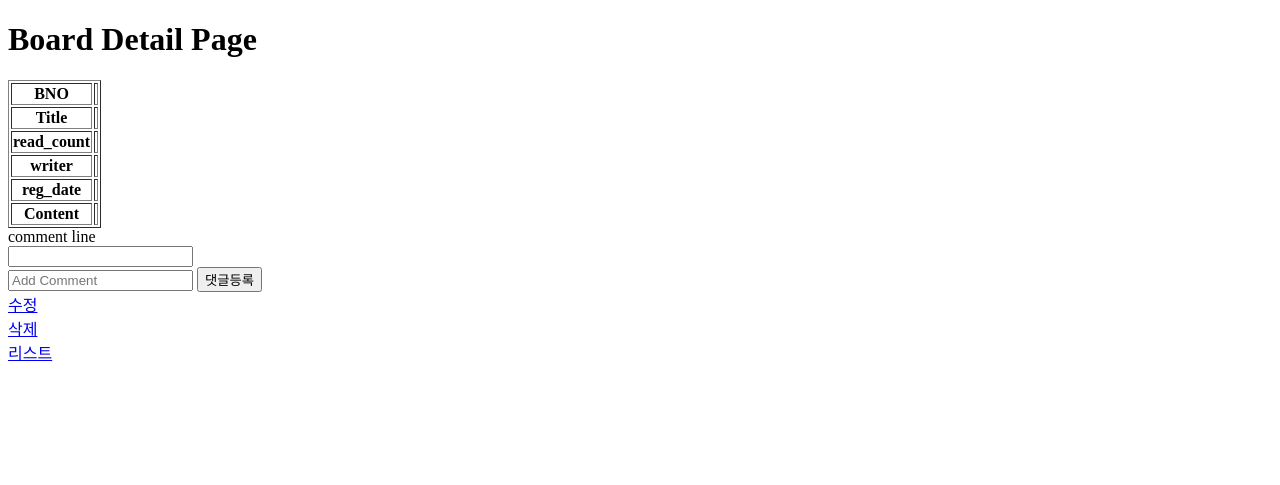
Repository: dhalfks/java2022_09_03
Page: http://localhost/project/board/detail.jsp
The author's editor kept a copy of each file at every save. The page is drawn from the files as they stood at one save, then again after the next save.
The browser window is 1280 px wide. The pictures show the whole page.
The page is served by Tomcat 9. Nobody is signed in. The application's start-up code is not run. Other server files are loaded and not shown. The template is opened directly, without the code that normally fills it, so the values that code supplies are empty.

Above is the page before, as saved 2022-12-05 04:15:13.
Console error: SyntaxError: Unexpected token ';'

### JSP_Board&Member (all search 포함)/project/src/main/webapp/board/detail.jsp
<%@ page language="java" contentType="text/html; charset=UTF-8"
    pageEncoding="UTF-8"%>
<%@ taglib uri="http://java.sun.com/jsp/jstl/core" prefix="c" %>
<!DOCTYPE html>
<html>
<head>
<meta charset="UTF-8">
<title>Insert title here</title>
</head>
<body>
<h1>Board Detail Page</h1>
<table border="1">
	<tr>
		<th>BNO</th>
		<td>${bvo.bno }</td>
	</tr>
	<tr>
		<th>Title</th>
		<td>${bvo.title }</td>
	</tr>
	<tr>
		<th>read_count</th>
		<td>${bvo.read_count }</td>
	</tr>
	<tr>
		<th>writer</th>
		<td>${bvo.writer }</td>
	</tr>
	<tr>
		<th>reg_date</th>
		<td>${bvo.reg_date }</td>
	</tr>
	<tr>
		<th>Content</th>
		<td>${bvo.content }</td>
	</tr>
</table>

<div>
	comment line<br>
	<input type="text"  id="cmtWriter" value="${ses.email }" readonly="readonly"><br>
	<input type="text"  id="cmtText" placeholder="Add Comment">
	<button type="button" id="cmtAddBtn">댓글등록</button>

</div>
<!-- 댓글 표시 영역 -->
<div class="accordion" id="accordionExample">
</div>

<c:if test="${ses.email eq bvo.writer }">
<a href="/brd/modify?bno=${bvo.bno }">수정</a><br>
<a href="/brd/remove?bno=${bvo.bno }">삭제</a><br>
</c:if>
<a href="/brd/pageList">리스트</a><br>

<script type="text/javascript">
const bnoVal = '<c:out value="${bvo.bno}"/>';
</script>

<script src="/resources/board_detail.js"></script>
</body>
</html>

### JSP_Board&Member (all search 포함)/project/src/main/webapp/resources/board_detail.js
async function getCommentListFromServer(bno){ //서버(컨트롤러)에 리스트를 달라고 요청
	try{
		const resp = await fecth('/cmt/list/'+bno);  ///cmt/list/260
		const cmtList = await resp.json();
		return cmtList;
	}catch(error){
		console.log(error);
	}
}

function printCommentList(bno){
	getCommentListFromServer(bno).then(result => { //cmtList
		console.log(result);
		if(result.length > 0){
			//화면에 뿌리는 실제 로직 호출
		}else {
			let div = ;
			div.innerText = "comment 가 없습니다.";

		}
	})
}

async function postCommentToServer(cmtData){
	try{
		const url ="/cmt/post";
		const config={
			method:'post',
			headers:{
				'Content-Type':'application/json; charset=utf-8'
				//application/x-www-form-urlencoded; charset=UTF-8  //쿼리스트링방식
			},
			body: JSON.stringify(cmtData)
		};
		const resp = await fetch(url, config);
		const result = await resp.text(); //out.print(isOk)
		return result; //line 36
	}catch(error){
		console.log(error);
	}
}

document.getElementById('cmtAddBtn').addEventListener('click',()=>{
	const cmtText = document.getElementById('cmtText').value;
	console.log(cmtText);
	if(cmtText == null || cmtText==''){
		alert('댓글을 입력해주세요.');
		return false;
	}else{
		let cmtData = {
			bno : bnoVal,
			writer : document.getElementById('cmtWriter').value,
			content : cmtText
		};
		postCommentToServer(cmtData).then(result => {
			if(result > 0){
				alert("댓글등록 성공!!!");
				document.getElementById('cmtText').value = "";
			}
			printCommentList(cmtData.bno);
		})
	}
})

After the next save:
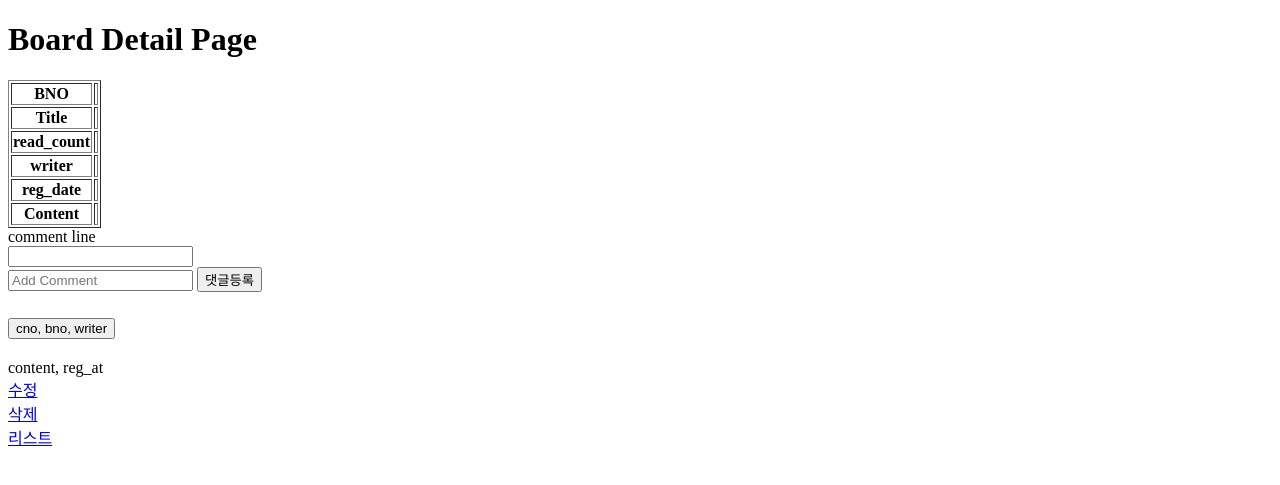
Saved 2 min 36 s later.
--- a/JSP_Board&Member (all search 포함)/project/src/main/webapp/board/detail.jsp
+++ b/JSP_Board&Member (all search 포함)/project/src/main/webapp/board/detail.jsp
@@ -45,6 +45,21 @@
 </div>
 <!-- 댓글 표시 영역 -->
 <div class="accordion" id="accordionExample">
+	<!-- 댓글 아이템 표시 영역 -->
+	<div class="accordion-item">
+    <h2 class="accordion-header" id="headingOne">
+      <button class="accordion-button" type="button" data-bs-toggle="collapse"
+			data-bs-target="#collapseOne" aria-expanded="true" aria-controls="collapseOne">
+       		cno, bno, writer
+      </button>
+    </h2>
+    <div id="collapseOne" class="accordion-collapse collapse show"
+			aria-labelledby="headingOne" data-bs-parent="#accordionExample">
+      <div class="accordion-body">
+		content, reg_at
+      </div>
+    </div>
+  </div>
 </div>
 
 <c:if test="${ses.email eq bvo.writer }">
